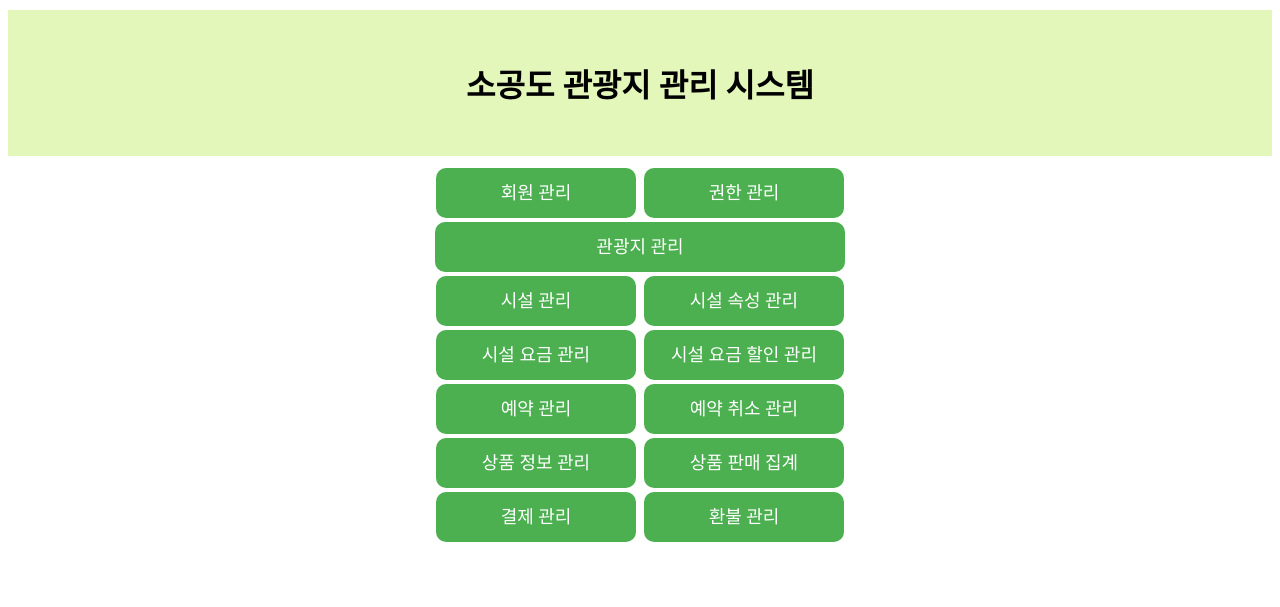
Repository: psyoongsc/SogongDo_Facility
Page: http://localhost/SogongDo_Management_System/
The author's editor kept a copy of each file at every save. The page is drawn from the files as they stood at one save, then again after the next save.
The browser window is 1280 px wide. The pictures show the whole page.
The page is served by Tomcat 9. Nobody is signed in. The application's start-up code is not run. Other server files are loaded and not shown.

Above is the page before, as saved 2020-06-25 18:38:37.

### SogongDo_Management_System/WebContent/index.jsp
<%@ page language="java" contentType="text/html; charset=UTF-8"
    pageEncoding="UTF-8"%>
<!DOCTYPE html>
<html>
<head>
<meta charset="EUC-KR">
<title>소공도 관광지 관리 시스템</title>
<style>
a {
	text-decoration: none;
	text-align: center;
	background-color: #4CAF50;
	width: 200px;
	line-height: 50px;
	font-size: large;
	display: inline-block;
	border-radius: 10px 10px;
	margin: 2px;
	color: #FFFFFF;
}

a:hover {
	background-color: #99FF99;
	color: #000000;
	font-weight: bold;
}
.container {
	text-align: center;
}

.title {
	font-size: xx-large;
	font-weight: bold;
	margin: 10px 0px;
	padding: 50px 0px;
	background-color: #E4F7BA;
}
</style>
</head>
<body>
	<div class="container title">
		소공도 관광지 관리 시스템
	</div>
	<div class="container">
		<a href="Member/view">회원 관리</a>
		<a href="Authority/view">권한 관리</a> <br>
		<a style="width: 410px;" href="TouristSite/view">관광지 관리</a> <br>
		<a href="Facility/view">시설 관리</a>
		<a href="Facility/Attribute/view">시설 속성 관리</a> <br>
		<a href="Facility/Charge/view">시설 요금 관리</a>
		<a href="Facility/Charge/discount/view">시설 요금 할인 관리</a> <br>
		<a href="Reservation/view">예약 관리</a>
		<a href="Reservation/Cancel/view">예약 취소 관리</a> <br>
		<a href="Product/view">상품 정보 관리</a>
		<a href="Product/Sell/view">상품 판매 집계</a> <br>
		<a href="Payment/view">결제 관리</a>
		<a href="Refund/view">환불 관리</a> <br>
	</div>
</body>
</html>

After the next save:
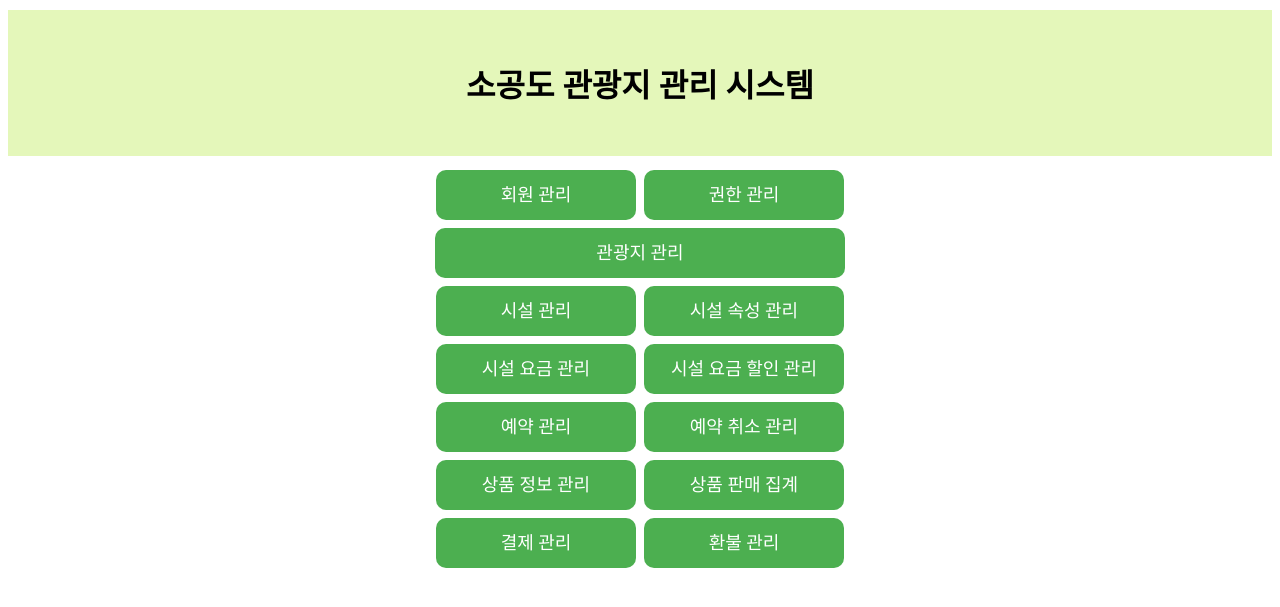
Saved 70 s later.
--- a/SogongDo_Management_System/WebContent/index.jsp
+++ b/SogongDo_Management_System/WebContent/index.jsp
@@ -15,7 +15,7 @@ a {
 	font-size: large;
 	display: inline-block;
 	border-radius: 10px 10px;
-	margin: 2px;
+	margin: 4px 2px;
 	color: #FFFFFF;
 }
 
